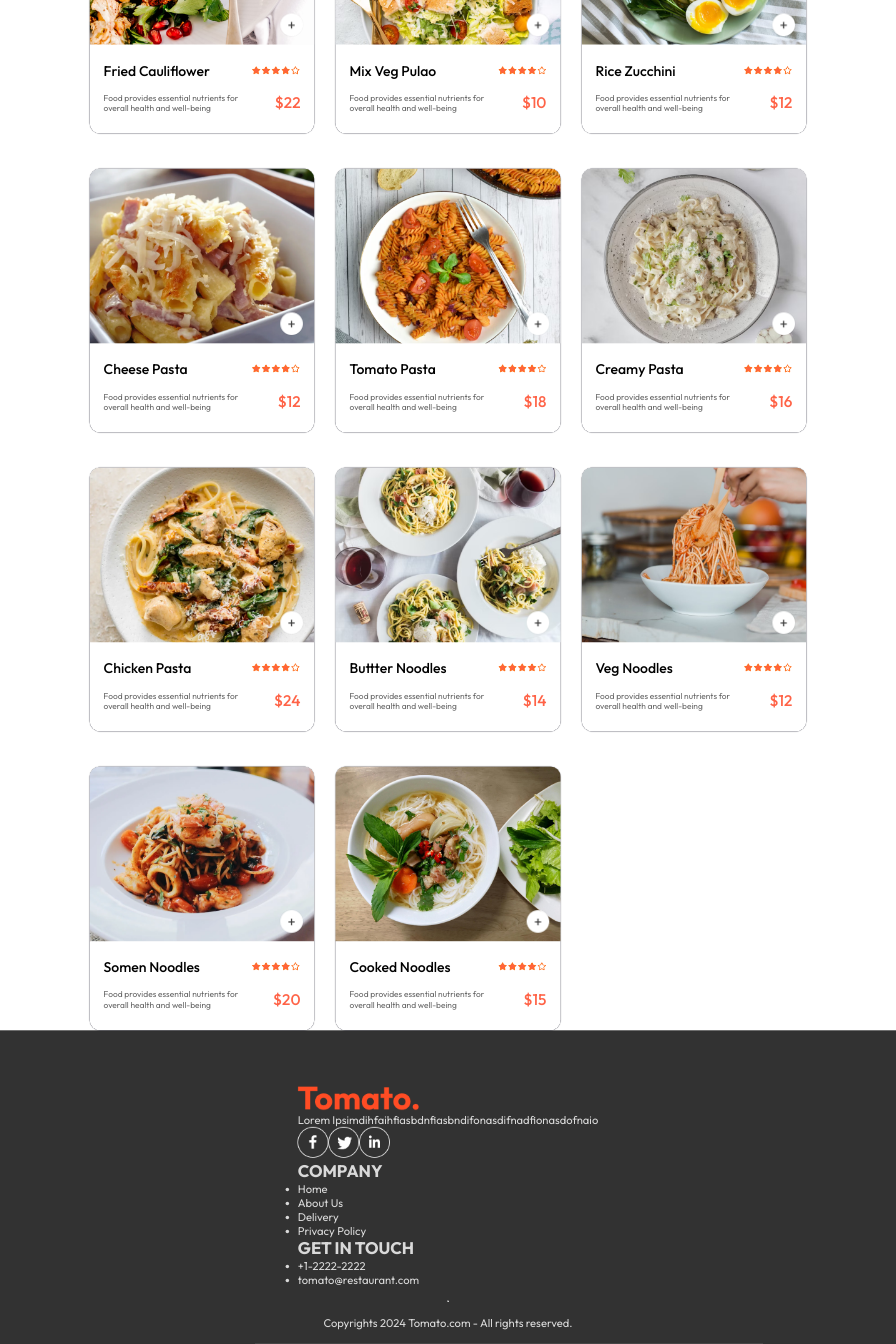
Repository: guilhermecardoso93/tomato-front-end
Page: /
These files come from the project's save history. The page is drawn as it stood at one moment and after the next save; the edit follows.
The browser window is 1280 px wide. The pictures show the part of the page from y = 4167 to 6087 px (the page is 6087 px tall before and 5911 px after), at 70% of full size.
The project was rebuilt for these pictures with package versions that can differ from the ones it lists, and the page was loaded fresh each time. Also part of the build but not shown: vite.config.js, src/pages/Cart/styles.css, src/pages/Cart/index.jsx, src/pages/PlaceOrder/styles.css, src/pages/PlaceOrder/index.jsx.

Above is the page before, as saved 2024-10-31 18:52:58.

After the next save:
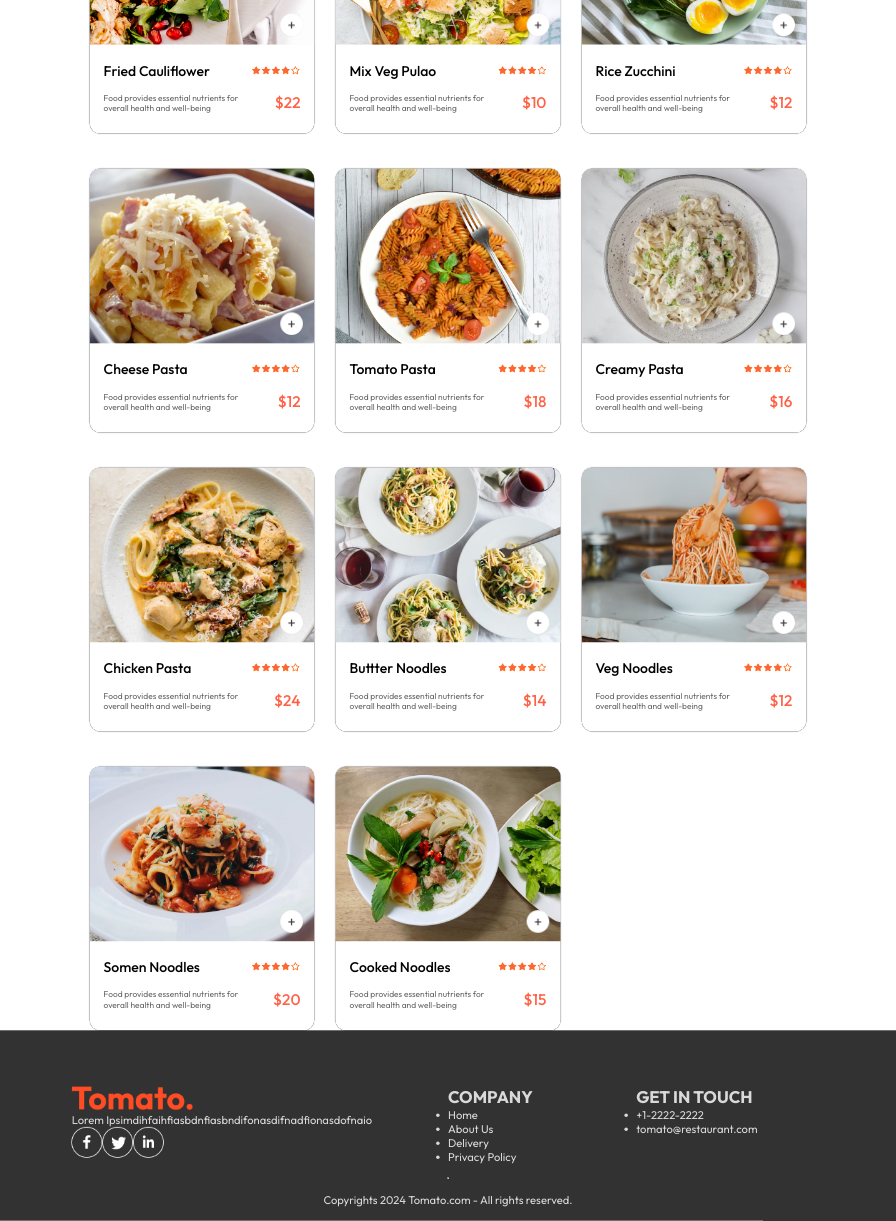
Saved 57 s later.
--- a/src/components/Footer/styles.css
+++ b/src/components/Footer/styles.css
@@ -8,3 +8,12 @@ footer {
   padding: 20px 8vw;
   padding-top: 80px;
 }
+
+.footer-container {
+  width: 100%;
+  display: grid;
+  grid-template-columns: 2fr 1fr 1fr;
+}
+.footer-left {
+
+}
